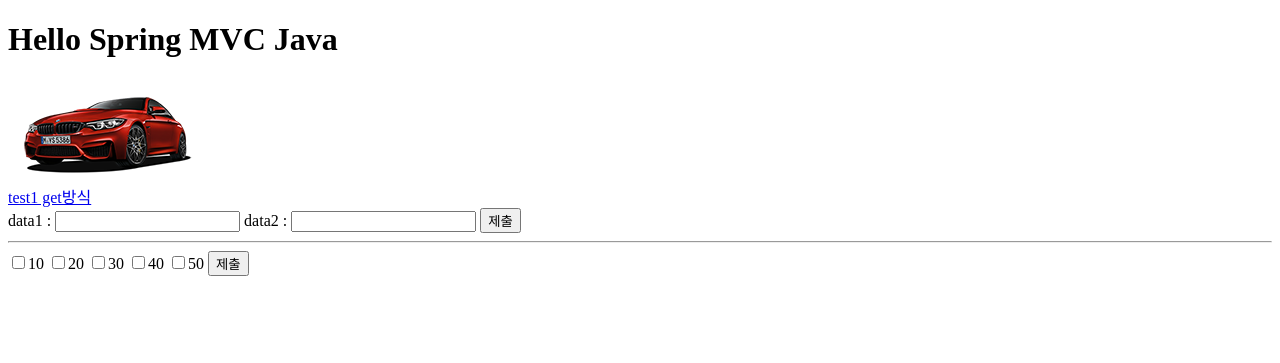
Repository: kangseongwuk/Spring
Page: http://localhost/WebSpringSample3_parameter/WEB-INF/views/index.jsp
These files come from the project's save history. The page is drawn as it stood at one moment and after the next save; the edit follows.
The browser window is 1280 px wide. The pictures show the whole page.
The page is served by Tomcat 9. Nobody is signed in. The template is opened directly, without the code that normally fills it, so the values that code supplies are empty.

Above is the page before, as saved 2022-10-11 03:39:54.
Console error: TypeError: Cannot read properties of null (reading 'checked')

After the next save:
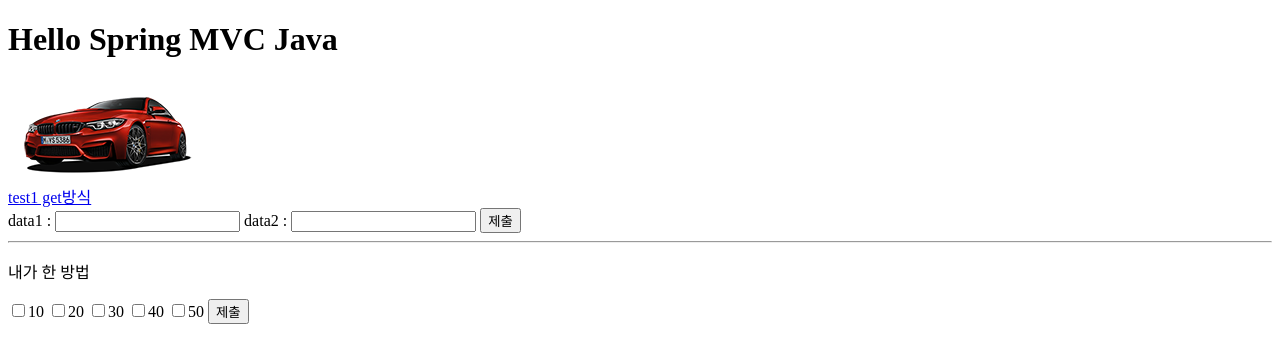
Saved 8 min 24 s later.
--- a/WebSpringSample3_parameter/src/main/webapp/WEB-INF/views/index.jsp
+++ b/WebSpringSample3_parameter/src/main/webapp/WEB-INF/views/index.jsp
@@ -35,6 +35,7 @@
 	</form>
 
 	<hr>
+	<p>내가 한 방법</p>
 	<form action="result3" method="get">
 	<input type="checkbox" value="10" name=data1>10
 	<input type="hidden" value="0" name=data1 id=data1_hidden/>
